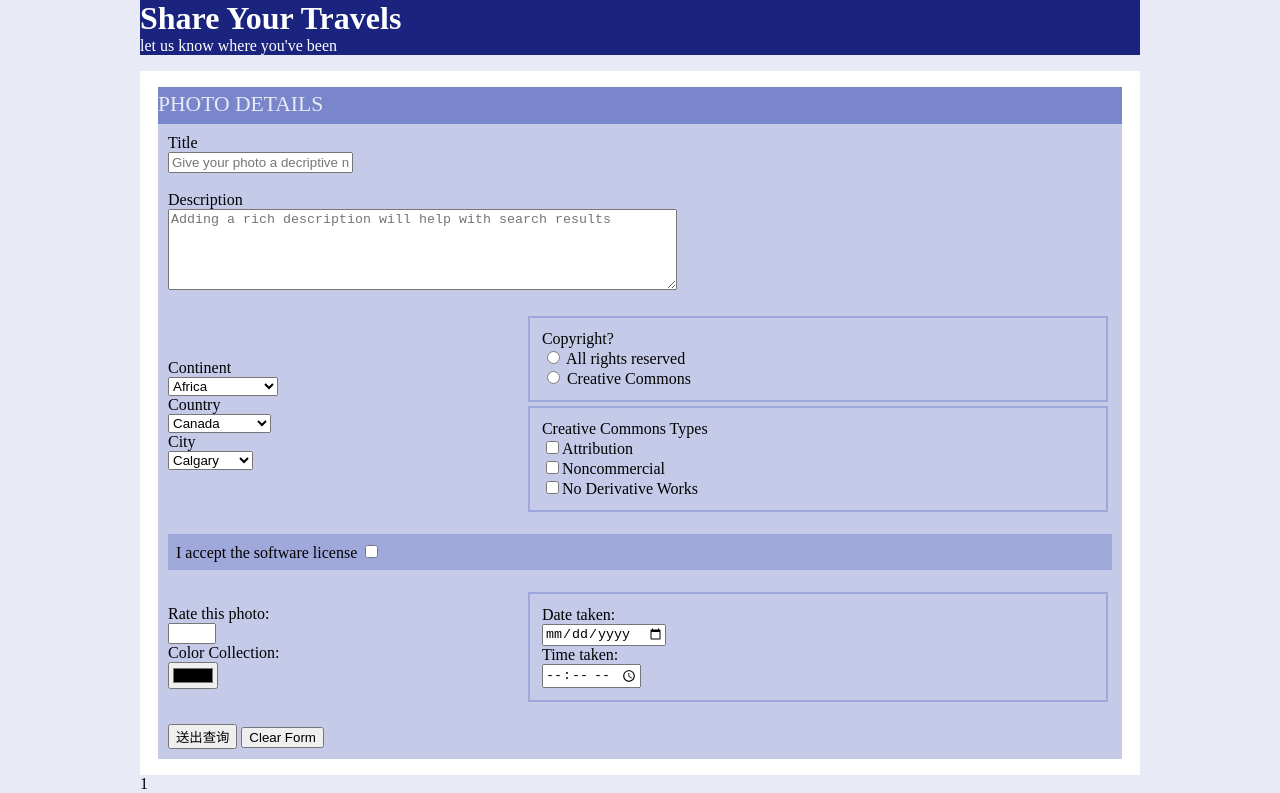
Repository: thomasTAT/UM
Page: cisc3003/CISC3003-EclipseWS-Practices-2023/CISC3003-Practice04-2023FEB17/public/cisc3003-practice04.html
These files come from the project's save history. The page is drawn as it stood at one moment and after the next save; the edit follows.
The browser window is 1280 px wide. The pictures show the whole page.

Above is the page before, as saved 2023-02-24 01:49:30.

### cisc3003/CISC3003-EclipseWS-Practices-2023/CISC3003-Practice04-2023FEB17/public/cisc3003-practice04.html
<!DOCTYPE html>
<html lang="en">

<head>
    <meta charset="utf-8">
    <title>CISC3003: Practice 04</title>
    <link rel="stylesheet" href="css/reset.css">
    <link rel="stylesheet" href="css/cisc3003-practice04.css">
</head>

<body>
    <header>
        <h1>Share Your Travels</h1>
        <p>let us know where you've been</p>
    </header>
    <main>
        <section>
            <h2 style="display: none">This is a form</h2>
            <form action="process.php">
                <fieldset>
                    <legend>Photo Details</legend>
                    <table>
                        <tr>
                            <td colspan="2">
                                <label for="title">Title</label>
                                <br>
                                <input type="text" name="title" id="title"
                                    placeholder="Give your photo a decriptive name">
                            </td>
                        </tr>
                        <tr>
                            <td colspan="2">
                                <label for="description"> Description </label>
                                <br>
                                <textarea id="description" name="description" rows="5" cols="61"
                                    placeholder="Adding a rich description will help with search results"></textarea>
                            </td>
                        </tr>
                        <tr>
                            <td>
                                <label for="continent">Continent</label>
                                <br>
                                <select name="continent" id="continent">
                                    <option value="africa">Africa</option>
                                    <option value="asia">Asia</option>
                                    <option value="eu">Europe</option>
                                    <option value="NA">North America</option>
                                    <option value="SA">South America</option>
                                </select>
                                <br>
                                <label for="country">Country</label>
                                <br>
                                <select name="country" id="country">
                                    <option value="canada">Canada</option>
                                    <option value="mexico">Mexico</option>
                                    <option value="united-states">United States</option>
                                </select>
                                <br>
                                <label for="city">City</label>
                                <br>
                                <select name="city" id="city">
                                    <option value="calgary">Calgary</option>
                                    <option value="montreal">Montreal</option>
                                    <option value="toronto">Toronto</option>
                                    <option value="vancouver">Vancouver</option>
                                </select>
                                <br>
                            </td>
                            <td>
                                <div class="border">
                                    <label>Copyright?</label>
                                    <br>
                                    <input type="radio" name="reserved" id="reserved" value="reserved">
                                    <label for="reserved">All rights reserved</label>
                                    <br>
                                    <input type="radio" name="commons" id="commons" value="commons">
                                    <label for="commons">Creative Commons</label>
                                    <br>
                                </div>
                                <div class="border">
                                    <label>Creative Commons Types</label>
                                    <br>
                                    <input type="checkbox" name="cc[]" value="1">Attribution
                                    <br>
                                    <input type="checkbox" name="cc[]" value="2">Noncommercial
                                    <br>
                                    <input type="checkbox" name="cc[]" value="3">No Derivative
                                    Works <br>
                                </div>
                            </td>
                        </tr>
                        <tr>
                            <td colspan="2">
                                <div class="background">
                                    I accept the software license
                                    <input type="checkbox" name="accept-license" value="1">
                                </div>
                            </td>
                        </tr>
                        <tr>
                            <td>
                                <label for="rate">Rate this photo: </label>
                                <br>
                                <input type="number" min="1" max="5" name="rate" id="rate">
                                <br>
                                <label for="color">Color Collection:</label>
                                <br>
                                <input type="color" name="color" id="color">
                                <br>
                            </td>
                            <td>
                                <div class="border">
                                    <label for="date">Date taken:</label>
                                    <br>
                                    <input type="date" name="date" id="date">
                                    <br>
                                    <label for="time">Time taken:</label>
                                    <br>
                                    <input type="time" name="time" id="time">
                                    <br>
                                </div>
                            </td>
                        </tr>
                        <tr>
                            <td colspan="2">
                                <div class="stripe">
                                    <input type="submit" value="送出查询" class="rounded">
                                    <input type="reset" value="Clear Form" class="rounded">
                                </div>
                            </td>
                        </tr>
                    </table>
                </fieldset>
            </form>
        </section>
    </main>
</body>
1
</html>

### cisc3003/CISC3003-EclipseWS-Practices-2023/CISC3003-Practice04-2023FEB17/public/css/reset.css
html, body, header, footer, hgroup, nav, main, article, section, figure, figcaption, h1, h2, h3, ul, li, body, div, p, img
{
   margin: 0;
   padding: 0;
   font-size: 100%;
   vertical-align: baseline;
   border: 0;
}

### cisc3003/CISC3003-EclipseWS-Practices-2023/CISC3003-Practice04-2023FEB17/public/css/cisc3003-practice04.css
header {
    background-color: #1a237e;
    color: white
}

main {
    background-color: white;
    margin-top:1em;
    padding: 1em;

}

body {
    background-color: #e8eaf6;
    max-width: 1000px;
    margin-left: auto;
    margin-right: auto;
}

h1 {
    font-size: 2rem;
}

header p {
    font-size: 1rem;
}

fieldset {
    background-color: #c5cae9;
    border: none;
    padding: 0;
}

legend {
    font-size: 1.35rem;
    background-color: #7986cb;
    height: 1.7rem;
    color: #e8eaf6;
    text-transform: uppercase;
    width: 100%;
    margin: 0;
    padding: 5px 0;
}

.background {
    background-color: #9fa8da;
    padding: 0.5em;
}

table td {
    padding: 0.5em;
}
form table {
    width: 100%;
    padding: 0 !important;
  }
.border {
    border: 2px solid #9fa8da;
    margin: 0.25em;
    padding: 0.75em;
}

After the next save:
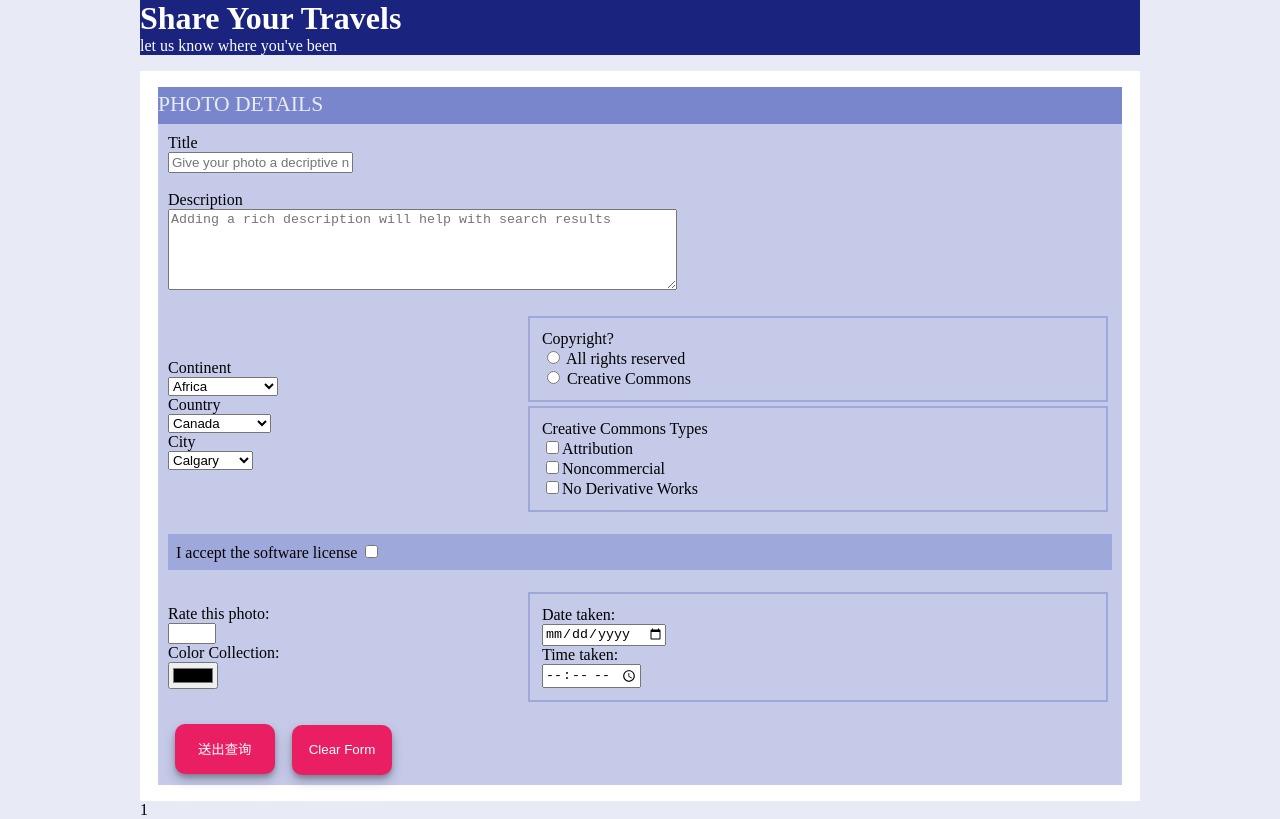
Saved 40 s later.
--- a/cisc3003/CISC3003-EclipseWS-Practices-2023/CISC3003-Practice04-2023FEB17/public/css/cisc3003-practice04.css
+++ b/cisc3003/CISC3003-EclipseWS-Practices-2023/CISC3003-Practice04-2023FEB17/public/css/cisc3003-practice04.css
@@ -59,3 +59,13 @@ form table {
     margin: 0.25em;
     padding: 0.75em;
 }
+.rounded {
+    color: white;
+    background-color: #e91e63;
+    border: 0;
+    border-radius: 10px;
+    width: 100px;
+    height: 50px;
+    margin: 0 0.5em 0 0.5em;
+    box-shadow: 0 6px 12px 0 rgba(0, 0, 0, 0.24), 0 3px 4px 0 rgba(0, 0, 0, 0.19);
+  }
